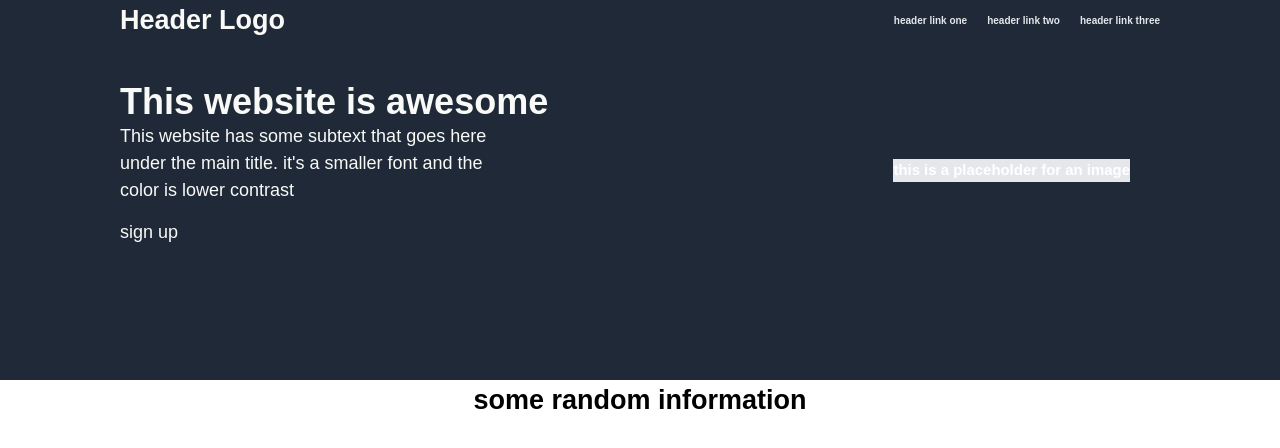
Repository: Grace561/css-exercises
Page: index.html
An editor plug-in stored every save of this project. The page is shown before and after the next save, followed by the edit.
The browser window is 1280 px wide. The pictures show the whole page.

Above is the page before, as saved 2025-04-18 02:26:37.

### index.html
<!DOCTYPE html>
<html lang="en">
<head>
    <meta charset="UTF-8">
    <meta name="viewport" content="width=device-width, initial-scale=1.0">
    <link rel="stylesheet" href="style.css">
    <title>Landing-Page</title>
</head>
<body>
   <nav class="navbar">
    <div class="container">
        <div class="Logo"><h2>Header Logo</h2></div>
        <ul class="nav">
           <li>
            <a href="#"><h4>header link one</h4></a>
           </li>
           <li>
            <a href="#"><h4>header link two</h4></a>
           </li>
           <li>
            <a href="#"><h4>header link three</h4></a>
           </li>
        </ul>
    </div>
   </nav>

   <header class="header">
    <div class="container">
        <div>
            <h1>This website is awesome</h1>
            <p>
                This website has some subtext that goes here under the
                main title. it's a smaller font and the color is lower
                contrast
            </p>
            <p>
                sign up
            </p>
        </div>
        <div class="boxes">
           <div class="container">
                <div class="box">
            <h5>this is a placeholder for an image</h5>
        </div>
   </header>
   <section class="boxes">
    <div class="container">
        <div class="box">
          <h2>some random information</h2>
        </div>
    </div>
   </section>
</body>
</html>

### style.css
*{
    box-sizing: border-box;
    margin: 0;
    padding: 0;
}

body{
    font-family: 'poppins',sans-serif;
    font-size: 18px;
    line-height: 1.5;
    color: #000;
    background:#ffff;
}
p{
    margin-bottom: 15px;
}

ul{
    list-style: none;
}

.container{
    max-width: 1100px;
    margin: 0 auto;
    padding: 0 30px;
}
.navbar{
    background:#1f2937;
    color:#f9faf8;
    height: 80px;
}
h3.Logo{
    font-size: 24px;
    font-weight:bold;

}

a{
    color:#e5e7eb;
    text-decoration: none;
    font-size: x-small;

}
.container{
    display: flex;
    justify-content: space-between;
    align-items: center;

}

ul{
    display: flex
}
ul li {
    margin-left: 20px;
}
.header{
    background-color:#1f2937;
    color:#f9faf8;
    min-height: 300px;
}

.header h1{
    font: weight 3rem;
    font-weight: 900;
    line-height: 1.2;
}

.header p{
    max-width: 400px;
}
.container{
    display: flex;
    align-items:center;
    justify-content: space-between;
}
.box.container{
    display: flex;
    justify-content: space-between;
}
.box h5{
    flex: 1;
    background:#e5e7eb;
    color:#ffff;


}
.boxes .container{
    display: flex;
    font-weight: 900;
    justify-content: center;
    color:

}

After the next save:
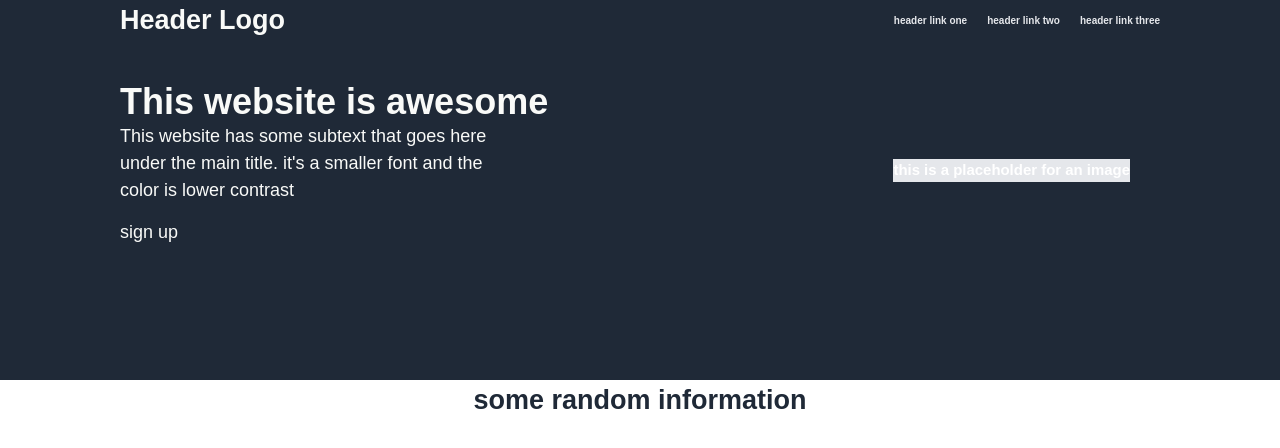
Saved 7 s later.
--- a/style.css
+++ b/style.css
@@ -89,6 +89,6 @@
     display: flex;
     font-weight: 900;
     justify-content: center;
-    color:
+    color:#1f2937
 
 }

After the save that followed:
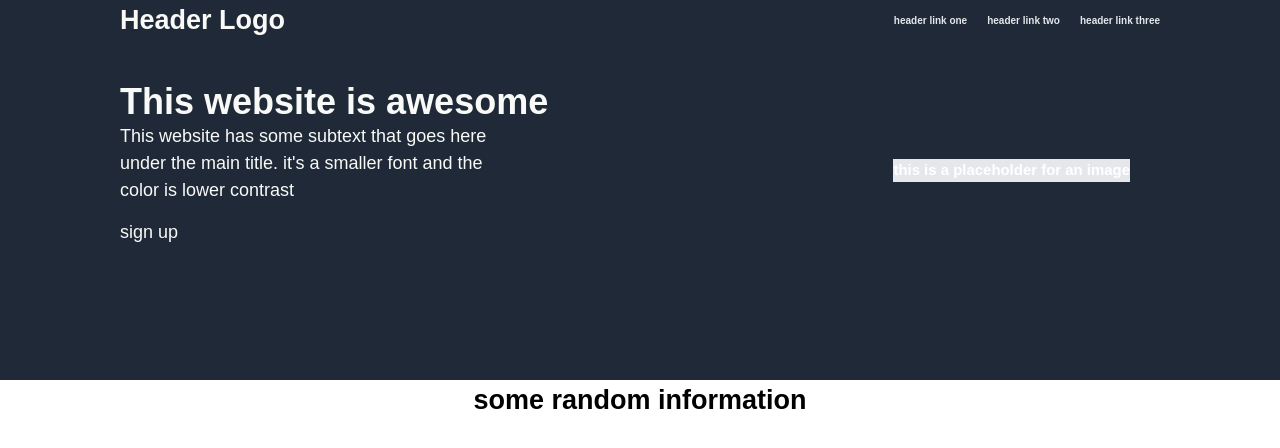
Saved 10 s later.
--- a/style.css
+++ b/style.css
@@ -89,6 +89,6 @@
     display: flex;
     font-weight: 900;
     justify-content: center;
-    color:#1f2937
+
 
 }
